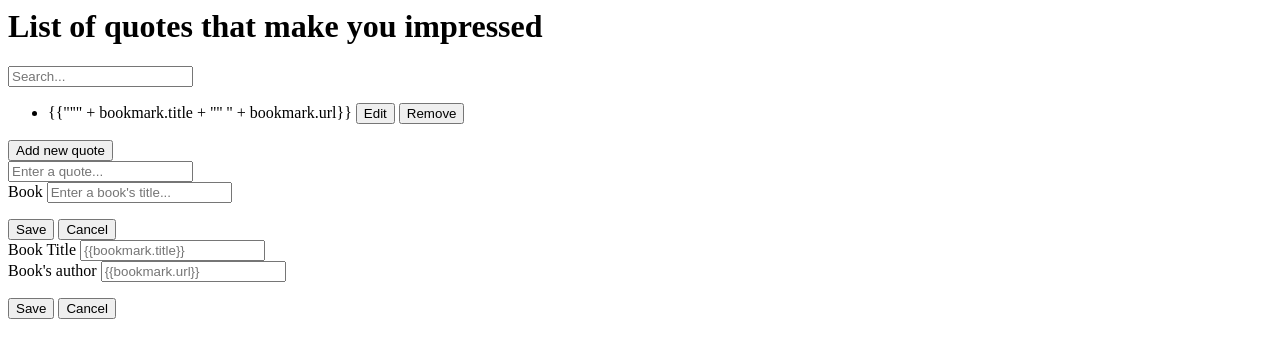
Repository: joannapl/LibraryOnline
Page: templates/quotes.html
The author's editor kept a record of every edit. The page is drawn from the files as they stood at one moment, then again after the next edit.
The browser window is 1280 px wide. The pictures show the whole page.

Above is the page before.

### templates/quotes.html
<div ng-controller="quotesController">
    <div class="jumbotron">
        <h1><span class="pageSubtitle">List of quotes that make you impressed</span></h1>
    </div>


    <div class="form-inline">
        <input type="text" class="form-control" ng-model="search" placeholder="Search...">
    </div>

    <div class="page-header">
        <ul>
            <li class="listStyle" ng-repeat="(id, bookmark) in bookmarks | filter: search">
                  <span>{{"''" + bookmark.title + "''  " + bookmark.url}}</span>
                  <label for="linkStyle">
                    <button type="button" class="btn btn-default" ng-click="resetForm(); editForm(id, bookmark.title, bookmark.url); showEditing()" >Edit</button>
                    <button type="button" class="btn btn-default" ng-click="cancelEditing(); removeItem(id)">Remove</button>
                </label>
            </li>
        </ul>
    </div>
    <div id="buttonDiv">
        <button type="button" class="btn btn-default" ng-click="resetForm(); showCreating()">
        Add new quote
        </button>
    </div>

    <div class="jumbotron" id="addDiv" ng-hide="hideCreate">
        <form role="form">
             <div class="form-group">
                <input type="text" ng-model="bookmarkTitleAdd" class="form-control" id="bookmarkTitle" placeholder="Enter a quote...">
            </div>
            <div class="form-group">
                <label for="bookmarkUrl">Book</label>
                <input type="text" ng-model="bookmarkUrlAdd" class="form-control" id="bookmarkUrl" placeholder="Enter a book's title...">
            </div>
        </form>
       <button type="button" class="btn btn-primary" ng-click="addItem(bookmarkTitleAdd, bookmarkUrlAdd); cancelCreating(); resetForm()">Save</button>
       <button type="button" class="btn btn-default" ng-click="cancelCreating(); resetForm()">Cancel</button>
    </div>

    <div class="jumbotron"  id="editDiv" ng-hide="hideEdit">
        <form role="form">
             <div class="form-group">
                <label for="bookmarkTitle">Book Title</label>
                <input type="text" ng-model="bookmarkTitleEdit" class="form-control" id="bookmarkTitle" placeholder="{{bookmark.title}}">
            </div>
            <div class="form-group">
                <label for="bookmarkUrl">Book's author</label>
                <input type="text" ng-model="bookmarkUrlEdit" class="form-control" id="bookmarkUrl" placeholder="{{bookmark.url}}">
            </div>
        </form>
        <button type="button" class="btn btn-primary" ng-click="updateItem(); cancelEditing();">Save</button>
        <button type="button" class="btn btn-default" ng-click="cancelEditing(); resetForm()">Cancel</button>
    </div>
</div>

After the next edit:
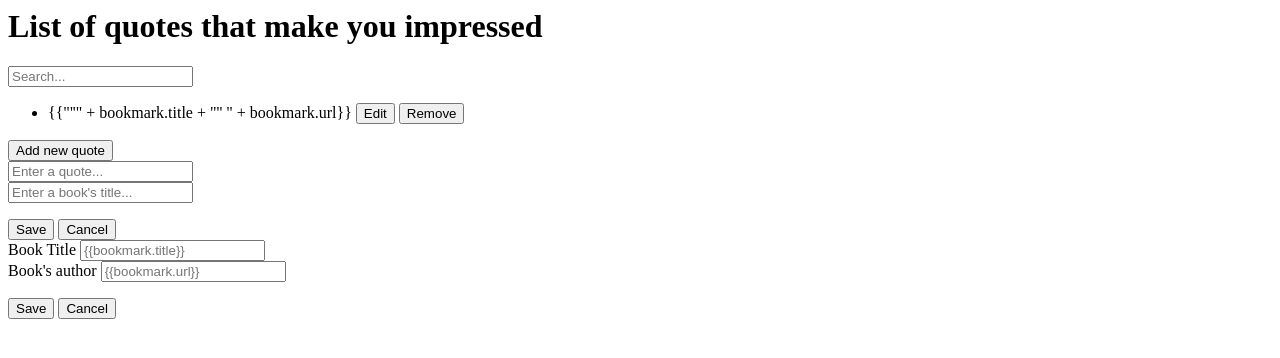
The edit:
--- a/templates/quotes.html
+++ b/templates/quotes.html
@@ -31,7 +31,6 @@
                 <input type="text" ng-model="bookmarkTitleAdd" class="form-control" id="bookmarkTitle" placeholder="Enter a quote...">
             </div>
             <div class="form-group">
-                <label for="bookmarkUrl">Book</label>
                 <input type="text" ng-model="bookmarkUrlAdd" class="form-control" id="bookmarkUrl" placeholder="Enter a book's title...">
             </div>
         </form>
